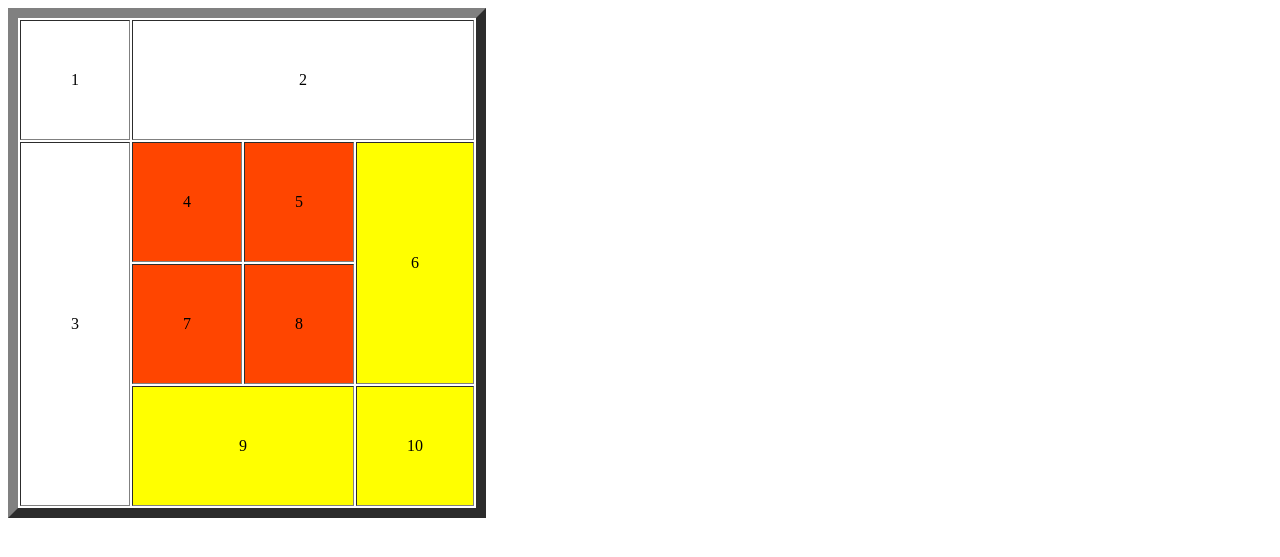
Repository: watermelonfee/HTCNWEB
Page: HTML/Tuan01/BT06/BT06a.html
These files come from the project's save history. The page is drawn as it stood at one moment and after the next save; the edit follows.
The browser window is 1280 px wide. The pictures show the whole page.

Above is the page before, as saved 2023-02-23 21:42:39.

### HTML/Tuan01/BT06/BT06a.html
<!DOCTYPE html>
<html lang="en">
<head>
    <meta charset="UTF-8">
    <meta http-equiv="X-UA-Compatible" content="IE=edge">
    <meta name="viewport" content="width=device-width, initial-scale=1.0">
    <title>Document</title>
</head>
<style>
    th,td{
        padding: 50px;
    }
    th, td {
        text-align: center;
    }
</style>
<body>
    <table border= 10px solid >
        <tr>
            <td id="ID-1">1</td>
            <td colspan="4">2</td>
        </tr>
        <tr>
            <td id="ID-3"rowspan="3">3</td>
            <td id="ID-4" bgcolor="orangered">4</td>
            <td id="ID-5"bgcolor="orangered">5</td>
            <td id="ID-6" bgcolor="yellow" colspan="2" rowspan="2">6</td>
        </tr>
        <tr>
            <td id="ID-7"bgcolor="orangered">7</td>
            <td id="ID-8"bgcolor="orangered">8</td>
        </tr>
        <tr>
            <td id="ID-9" bgcolor="yellow"colspan="2">9</td>
            <td id="ID-10"bgcolor="yellow"colspan="2">10</td>
        </tr>
    </table>
</body>
</html>

After the next save:
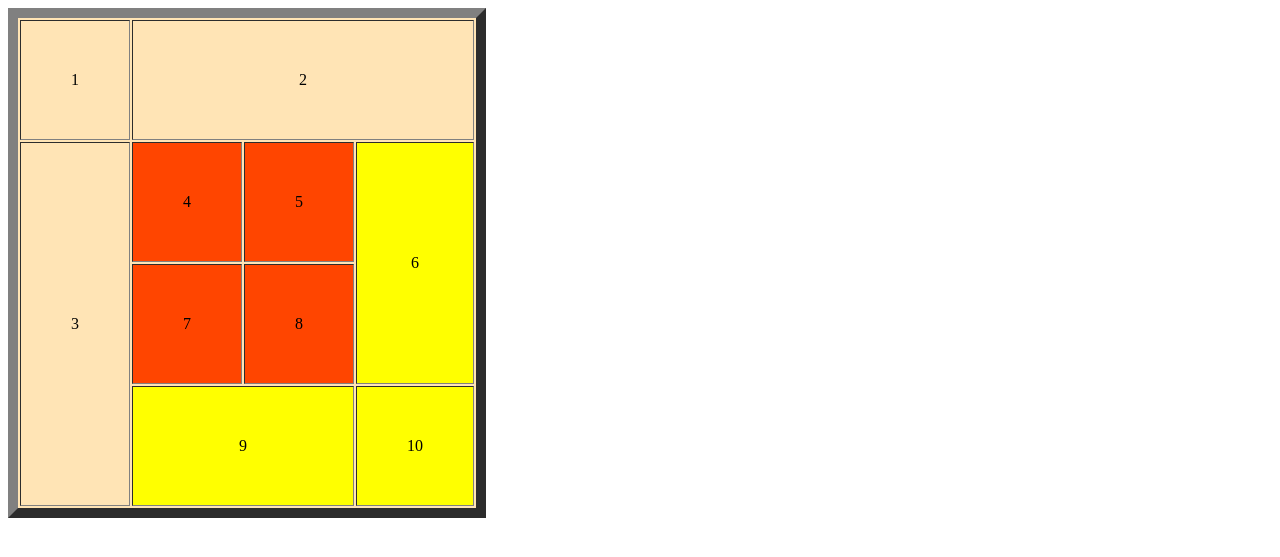
Saved 74 s later.
--- a/HTML/Tuan01/BT06/BT06a.html
+++ b/HTML/Tuan01/BT06/BT06a.html
@@ -15,7 +15,7 @@
     }
 </style>
 <body>
-    <table border= 10px solid >
+    <table border= 10px solid bgcolor="Moccasin">
         <tr>
             <td id="ID-1">1</td>
             <td colspan="4">2</td>
